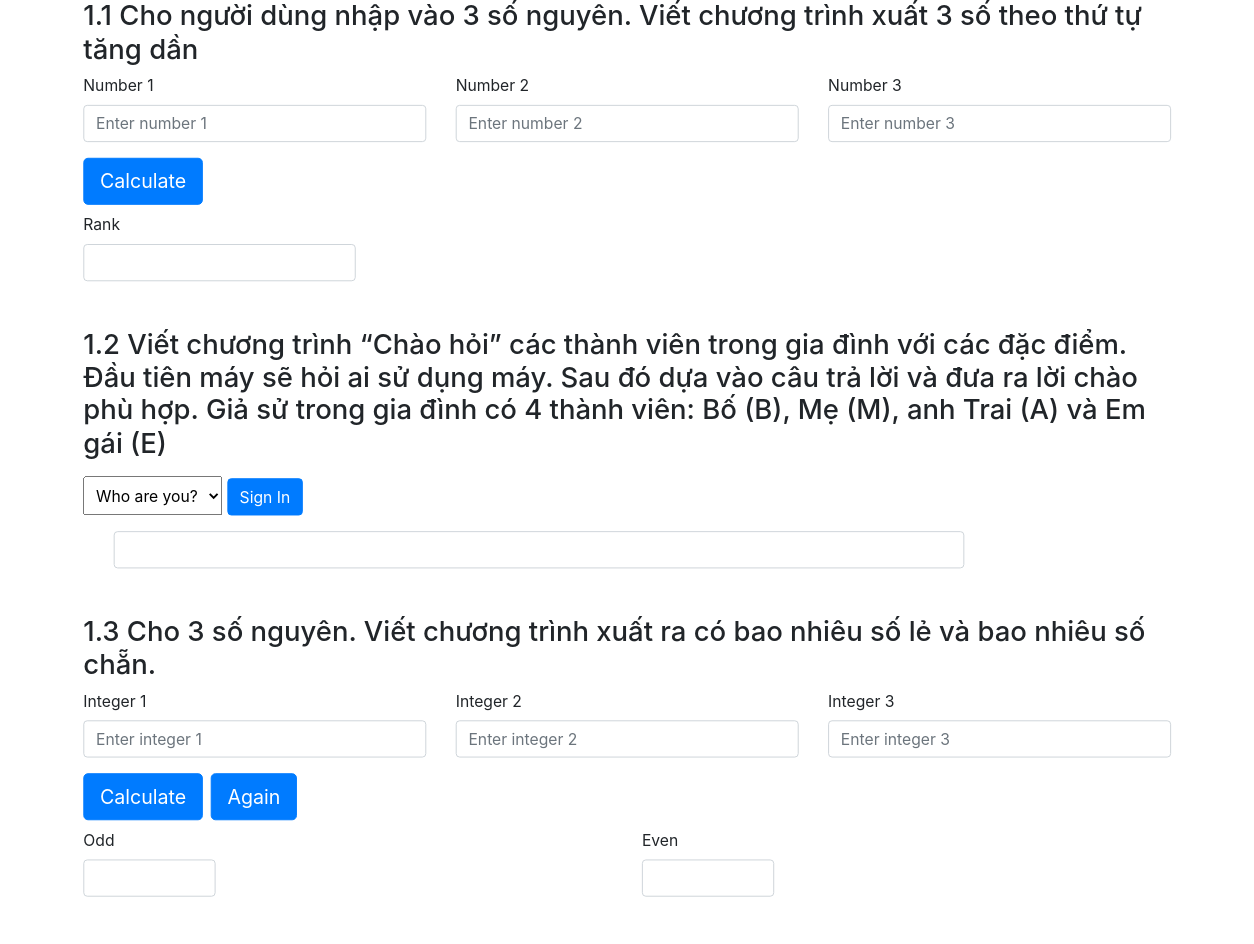
Repository: baobaodeveloper/bootscamp21__jsbasic__HuynhAnhBao
Page: index.html
An editor plug-in stored every save of this project. The page is shown before and after the next save, followed by the edit.
The browser window is 1280 px wide. The pictures show the whole page, at 98% of full size.

Above is the page before, as saved 2022-03-10 19:07:28.

After the next save:
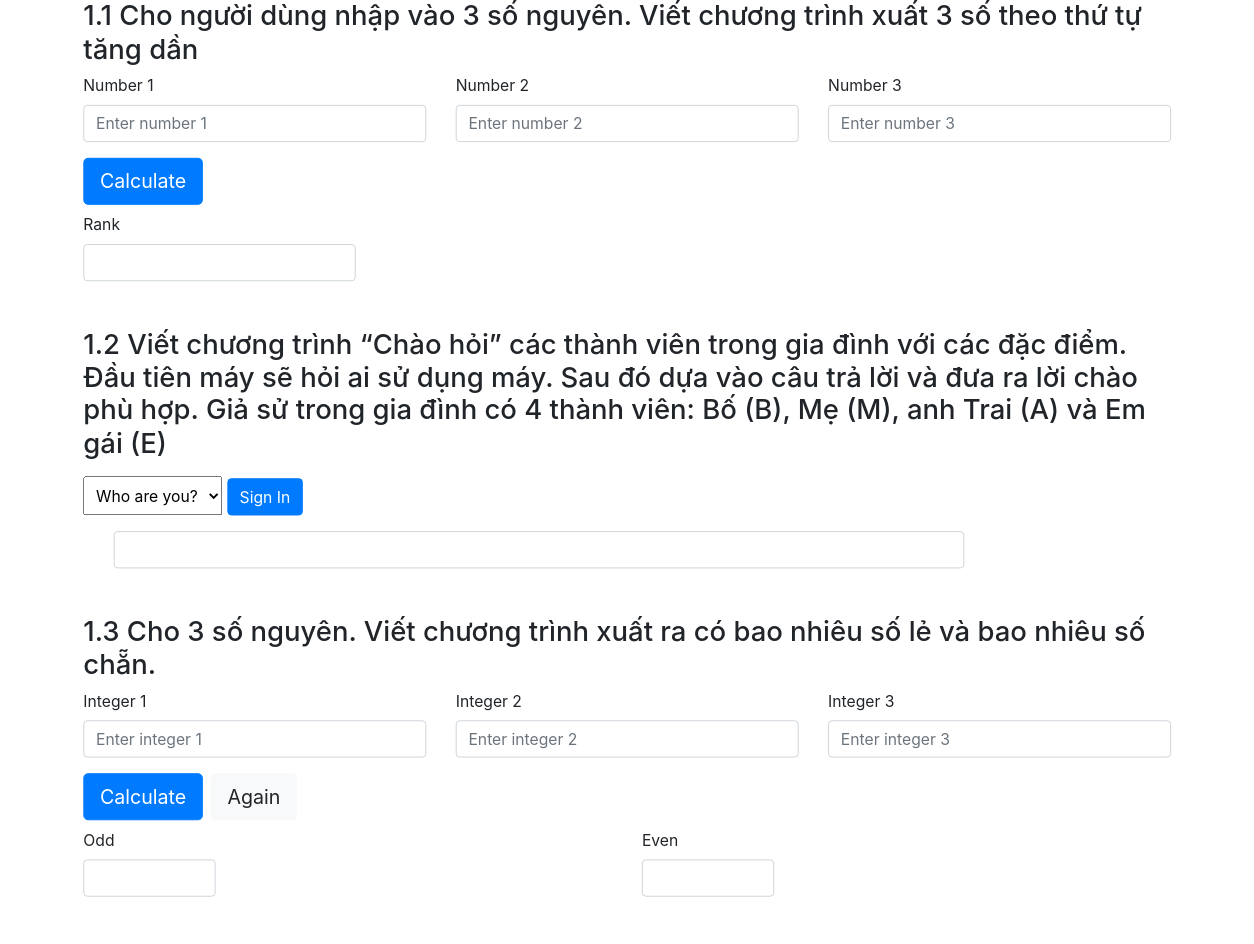
Saved 7 s later.
--- a/index.html
+++ b/index.html
@@ -136,10 +136,7 @@
           Calculate
         </button>
 
-        <button
-          type="button "
-          class="btn btn-primary btn-lg mt-3 mb-2 btn-again"
-        >
+        <button type="button " class="btn btn-light btn-lg mt-3 mb-2 btn-again">
           Again
         </button>
       </div>
